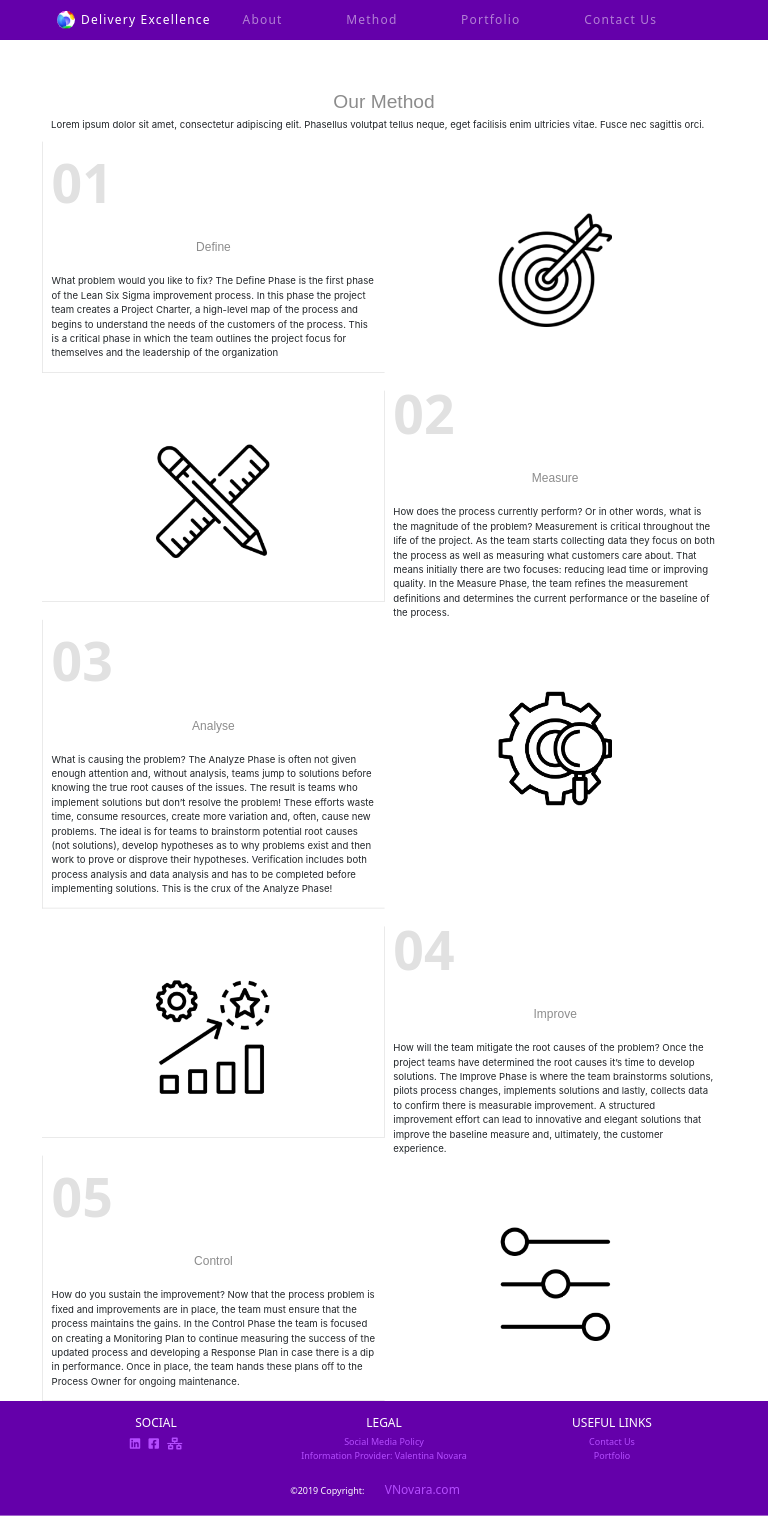
Repository: valenovi76/DeliveryExcellence
Page: method.html
The author's editor kept a record of every edit. The page is drawn from the files as they stood at one moment, then again after the next edit.
The browser window is 1280 px wide. The pictures show the whole page, at 60% of full size.
Some web libraries are served in a nearby version.

Above is the page before.
Console error: ReferenceError: google is not defined

### method.html
<!DOCTYPE html>
<html lang="en">
<head>
    <meta charset="UTF-8">
    <meta name="viewport" content="width=device-width, initial-scale=1.0">
    <meta http-equiv="X-UA-Compatible" content="ie=edge">
    <style>
    @import url('https://fonts.googleapis.com/css?family=Noto+Sans&display=swap');
    </style>
    <link rel="stylesheet" href="https://stackpath.bootstrapcdn.com/bootstrap/4.3.1/css/bootstrap.min.css" integrity="sha384-ggOyR0iXCbMQv3Xipma34MD+dH/1fQ784/j6cY/iJTQUOhcWr7x9JvoRxT2MZw1T" crossorigin="anonymous">
    <link rel="stylesheet" href="https://use.fontawesome.com/releases/v5.9.0/css/all.css">
    <link rel="stylesheet" href="https://cdnjs.cloudflare.com/ajax/libs/hover.css/2.3.1/css/hover-min.css" type="text/css" />
    <link rel="stylesheet" href="assets/css/style.css" type="text/css" />
    <title>Delivery Excellence Home</title>
</head>
<body>

<!-- Bootstrap navbar -->
                <nav class="navbar fixed-top navbar-expand-lg navbar-dark" style="background-color: #6400AA;">
                    <div class="container">
                  <img class="logo" src="assets/images/BTlogo.jpg" width="30" height="30" alt="Bt Logo">
                  <a  class="navbar-brand" href="index.html">Delivery Excellence</a>

                  <button class="navbar-toggler" type="button" data-toggle="collapse" data-target="#navbarSupportedContent" aria-controls="navbarSupportedContent" aria-expanded="false" aria-label="Toggle navigation">
                    <span class="navbar-toggler-icon"></span>
                  </button>
                  <div class="collapse navbar-collapse" id="navbarSupportedContent">
                    <ul class="navbar-nav mr-auto">

                          <li class="nav-item">
                                <a class="nav-link" href="team.html">About</a>
                          </li>
                          <li class="nav-item">
                                <a class="nav-link" href="method.html">Method</a>
                          </li>
                           <li class="nav-item">
                                <a class="nav-link" href="portfolio.html">Portfolio</a>
                          </li>
                          <li class="nav-item">
                                <a class="nav-link" href="contact.html">Contact Us</a>
                          </li>
                    </ul>
                      </div>
                      </div>
                </nav>

        <div class="main-content ">
            <div class="container">
                <div class="row">
                        <div class="col-sm-12">
                            <h2>Our Method</h2>
                            <p>Lorem ipsum dolor sit amet, consectetur adipiscing elit.
                        Phasellus volutpat tellus neque, eget facilisis enim ultricies vitae.
                        Fusce nec sagittis orci. </p>
                        </div>
               </div>
                <div class="row define">
                            <div class="col-sm define-text">
                                <span class="method-item-number">01</span>
                                <h4>Define </h4><br>
                                What problem would you like to fix?
                                The Define Phase is the first phase of the Lean Six Sigma improvement process.
                                In this phase the project team creates a Project Charter,
                                a high-level map of the process and begins to understand the needs of the customers of the process.
                                This is a critical phase in which the team outlines the project focus for themselves and the leadership of the organization
                            </div>
                            <div class="col-sm define-img method-img">
                             <img class="method-img" src="assets/images/target.png" alt="define icon">
                            </div>
                        </div>
                <div class="row meausure">
                            <div class="col-sm meausure-img method-img">
                            <img class="method-img" src="assets/images/graphic-design.png" alt="mesure icon">
                            </div>
                            <div class="col-sm meausure-text">
                                <span class="method-item-number">02</span>
                                <h4>Measure</h4><br>
                                How does the process currently perform?
                                Or in other words, what is the magnitude of the problem?
                                Measurement is critical throughout the life of the project.
                                As the team starts collecting data they focus on both the process as
                                well as measuring what customers care about. That means initially there are
                                two focuses: reducing lead time or improving quality. In the Measure Phase,
                                the team refines the measurement definitions and determines the current performance or the baseline of the process.
                            </div>
                        </div>
                <div class="row analyse">
                            <div class="col-sm analyse-text">
                                <span class="method-item-number">03</span>
                                <h4>Analyse</h4><br>
                             What is causing the problem? The Analyze Phase is often not given enough attention and,
                                without analysis, teams jump to solutions before knowing the true root causes of
                                the issues. The result is teams who implement solutions but don’t resolve the problem!
                                These efforts waste time, consume resources, create more variation and, often, cause new problems.
                                The ideal is for teams to brainstorm potential root causes (not solutions), develop hypotheses as to
                                why problems exist and then work to prove or disprove their hypotheses.
                                Verification includes both process analysis and data analysis and has to be completed before implementing solutions.
                                This is the crux of the Analyze Phase!
                            </div>
                            <div class="col-sm analyse-img method-img">
                                <img class="method-img" src="assets/images/gear.png" alt="analyse icon">
                            </div>
                        </div>
                <div class="row improve">
                            <div class="col-sm improve-img method-img">
                               <img class="method-img" src="assets/images/development.png" alt="development icon">
                            </div>
                            <div class="col-sm improve-text">
                                <span class="method-item-number">04</span>
                                <h4>Improve</h4><br>
                             How will the team mitigate the root causes of the problem?
                                Once the project teams have determined the root causes it’s time to develop solutions.
                                The Improve Phase is where the team brainstorms solutions, pilots process changes, implements solutions and lastly,
                                collects data to confirm there is measurable improvement.
                                A structured improvement effort can lead to innovative and elegant solutions that improve
                                the baseline measure and, ultimately, the customer experience.
                            </div>
                        </div>
                <div class="row control">
                            <div class="col-sm control-text">
                                <span class="method-item-number">05</span>
                                <h4>Control</h4><br>
                                How do you sustain the improvement? Now that the process problem
                                is fixed and improvements are in place, the team must ensure that the process maintains
                                the gains. In the Control Phase the team is focused on creating a Monitoring Plan to continue
                                measuring the success of the updated process and developing a Response Plan in case there is a dip
                                in performance. Once in place, the team hands these plans off to the Process Owner for ongoing maintenance.
                            </div>
                            <div class="col-sm control-img method-img">
                                <img class="method-img" src="assets/images/controls.png" alt="controls icon">
                            </div>
                        </div>
            </div>
        </div>

      <!-- Bootstrap Footer -->
      <footer class="page-footer font-small  pt-4">
         <div class="container text-center text-md-center">
            <div class="row">
               <div class="col-sm">
                  <h5 class="text-uppercase">Social</h5>
                  <ul class="list-unstyled">
                  <li class="unstyled-icons">
                     <a class="social-icon" href="https://www.linkedin.com/company/bt" title="LinkedIn" target="_blank" rel="noopener"><i class="fab fa-linkedin"></i></a>
                  </li>
                  <li class="unstyled-icons">
                     <a class="social-icon" href="https://www.facebook.com/BTUK/"  title="FaceBook" target="_blank" rel="noopener"><i class="fab fa-facebook-square"></i></a>
                  </li>
                  <li class="unstyled-icons">
                     <a class="social-icon" href="https://intra.bt.com/" title="BT Intranet" target="_blank" rel="noopener"><i class="fas fa-network-wired"></i></a>
                  </li>
                  </ul>
               </div>
               <div class="col-sm">
                  <h5 class="text-uppercase">Legal</h5>
                  <ul class="list-unstyled">
                     <li>
                        <a   href="https://intra.bt.com/bt/group/socialmedia/Pages/Social-media-guidelines.aspx">Social Media Policy</a>
                     </li>
                     <li>
                        <a  href="https://myprofile.bt.com/person.aspx">Information Provider: Valentina Novara</a>
                     </li>
                  </ul>
               </div>
               <div class="col-sm">
                  <h5 class="text-uppercase">Useful Links</h5>
                  <ul class="list-unstyled">
                     <li>
                        <a   href="contact.html">Contact Us</a>
                     </li>
                     <li>
                        <a   href="portfolio.html">Portfolio</a>
                  </ul>
               </div>
            </div>
         </div>
            <div class="footer-copyright text-center py-3">©2019 Copyright:
            <a href="https://mdbootstrap.com/education/bootstrap/">VNovara.com</a>
         </div>
      </footer>
<!-- Bootstrap core JavaScript
    ================================================== -->
    <!-- Placed at the end of the document so the pages load faster -->
<script src="https://cdnjs.cloudflare.com/ajax/libs/jquery/3.4.1/jquery.slim.min.js"></script>
<script src="https://cdnjs.cloudflare.com/ajax/libs/popper.js/1.15.0/umd/popper.min.js"></script>
<script src="https://cdnjs.cloudflare.com/ajax/libs/twitter-bootstrap/4.3.1/js/bootstrap.min.js"></script>
<script src="assets/js/scripts.js"></script>

</body>
</html>

### assets/css/style.css
/*--ColorPalette--*/


/*background : #C30D4C fucsia
background : #6400AA purple
background : #E60050 #E60050
background-color : #6400AA
color : #FFFFFF*?

/*--Header/Navbar--*/

.navbar {
  letter-spacing: 2px;
  font-family: "Noto sans", sans-serif;
  font-weight: lighter;
  font-size: 15px;
  color: #fafafa;
  text-align: center;
}

.navbar-brand{
  margin-right:0px;
  font-size: 1rem;
}
.nav-link {
  font-family: "Noto Sans", sans-serif;
  font-weight: 100;
  font-size: 20px;
  color: white;
  text-align: left;
}

.nav-link:hover {
  color: white;
  text-decoration: none;
}

.logo {
  border-radius: 50%;
  margin: 10px;
}

@media (min-width: 992px) {
  .navbar li {
    margin-left: 3em;
    margin-right: 3em;
  }
}

@media (min-width: 375px){
  .navbar-brand{
    font-size:1.25rem;
  }
}

/*--Footer--*/

.page-footer {
  font-family: "Noto sans", sans-serif;
  font-weight: 100;
  font-size: 15px;
  color: #ffffff;
  background-color: #6400AA;
}

.social-icon {
  color: #B54DFF;
  font-size: 20px;
  padding: 5px;
}

.unstyled-icons {
  display: inline-block;
}

.page-footer a {
  color: #B54DFF;
}

.page-footer a:hover {
  text-decoration: none;
  color: #ffffff;
}

.footer-copyright a {
  font-family: "Noto sans", sans-serif;
  font-weight: 100;
  font-size: 20px;
  color: #B54DFF;
  padding: 30px;
}


/*--Text styles--*/
h1 {
    color: white;
    font-family: "Noto Sans", sans-serif;
    font-size: 20px;
    font-weight:400;
    margin-top:100px;
    padding:0 50px;
    text-transform: uppercase;
}


h2 {
  font-family: "Nato sans", sans-serif;
  font-weight: lighter;
  color:#8C8C8C;
  margin-top: 150px;
  text-align:center;
}

h3 {
  font-family: "Nato sans", sans-serif;
  font-weight: lighter;
  color:  #38403B;
  margin-top: 10px;
  text-align:center;
}

h4 {
  font-family: "Nato sans", sans-serif;
  font-size: 20px;
  color: #8C8C8C;
  margin-top: 30px;
  text-align: center;

}

h6 {
  font-family: "Nato sans", sans-serif;
  margin-top: 40px;
  text-align:center;
  font-weight: 600;
  color:  #38403B;
}


/*--Home Page--*/

body {
  background-color:#6400AA;
}

.bckgrnd {
  height:80vh;
  background-image: url("../images/journey2.jpg");
  background-repeat: no-repeat;
  background-size: cover;
  background-position: center center;
}

.overlay {
  background-color: rgba(0,0,0,0.3);
    width: 100%;
    height: 80vh;}


.bckgrnd p{
  color:white;
font-family:"Noto sans", sans-serif;
font-size:11px;
font-weight:400;
margin-bottom:0px;
padding:0 50px;

}

@media(min-width:600px){
  .cover-title{
    font-size: 20px;
    margin-top:100px;}
  .bckgrnd p{
  font-size:11px;
  font-weight:400;
  margin-bottom:0px;
  padding:0 50px;

}
}

/*@media(min-width : 768px){
  .cover-title{
    font-size: 40px;
    margin-top:200px;}
  .bckgrnd p{
    color:white;
    font-family:"Noto sans", sans-serif;
    font-size:11px;
    font-weight:400;
    margin-bottom:0px;
    padding:0 50px;
}*/

.btn-contact {
  margin-top: 20px;
    background-color: #666666;
    margin-bottom: 30px;
    margin-left: 45px;
}

/*--Contact page --*/

.main-content{
  /*background-image: url("");*/
  background-color:white;
}


.contact i {
  text-align: center;
  display: inline-block;
  width: 100%;
  font-size: 3rem;
  margin-top: 50px;
  color: #EEEEEE;
}

.phone{text-align: center;}

.ph-num {
  font-family: "Noto-sans", sans-serif;
  font-size: 20px;
  font-weight: lighter;
  color: #333333;

}


.ph-num hover {
  color: #C30D4C;
  text-decoration: none;
}

address {
  font-family: "Noto-sans", sans-serif;
  font-size: 20px;
  font-weight: lighter;
  color: #333333;
  text-align: center;
}


/*--Contact form--*/


.cont-form {
  flex-grow: 0;
  padding-top: 20px;
  padding-left:5px;
  padding-right:5px;
  text-align: center;
}

.cont-form input {
  font-family: "Noto sans", sans-serif;
  text-transform: uppercase;
  text-align:center;
  width: 100%;
  padding: 6px;
  margin-bottom: 5px;
  border: 1px solid black;
}

#message-area {
  height: 100px;
}

.btn {
  margin-top: 20px;
  background-color: #666666;
  margin-bottom: 30px;
}

.btn-primary {
    border-color: #666666;
}

.btn-primary:hover {
  background-color: #6400AA;
}



input:hover {
  background: #EEEEEE;
  color: #333333;
}


input:valid {
  border: 1px solid black;
}
.gmap {
  margin-top: 20px;
}


/*--The team--*/

.team-page {
  text-align: center;
}

.team-member-shot {
  height: 146px;
  width: 146px;
  margin-top: 40px;
  border-radius: 50%;
  margin-left: auto;
  margin-right: auto;
  display: block;
}

#shot{
  position:absolute;
  width:100%;
  height:100%;
  margin:0px;
}
.team-member-name {
  text-align: center;
  display: block;
  width: 100%;
  padding-bottom: 30px;

}

.team-p {
  text-align: center;
  color:black;
  font-weight: 300;
  font-family: "Roboto", sans-serif;
  margin-left: 10px;
  margin-right:10px;
}

.bio {
  height: 300px;
}

.pie-title {
  display: block;
  text-align: center;
}


/*--Method--*/

.define-text {
  border: 1px solid;
  border-color: #DDDDDD;
  border-top: none;
  border-right: none;
  padding-bottom: 20px;
}

.meausure-img {
  border: 1px solid;
  border-color: #DDDDDD;
  border-top: none;
  border-left: none;

}

.analyse-text {
  border: 1px solid;
  border-color: #DDDDDD;
  border-top: none;
  border-right: none;
  padding-bottom: 20px;
}

.improve-img {
  border: 1px solid;
  border-color: #DDDDDD;
  border-top: none;
  border-left: none;

}

.control-text {
  border: 1px solid;
  border-color: #DDDDDD;
  border-top: none;
  border-right: none;
  padding-bottom: 20px;
}

.method-item-number {
  font-size: 5.584rem;
  color: #e1e1e1;
  left: 0;
  top: 0;
  -webkit-transform: translate(-127%, -21%);
  -ms-transform: translate(-127%, -21%);
  transform: translate(-127%, -21%);
  font-family: Noto Sans, sans-serif;
  font-weight: 800;
  background-color: #fff;
}

.method-img {
    display: block;
    margin: 30px auto 30px auto;
    width: 35%;
    padding-top: 30px;
}


/*--Portfolio--*/





.right-text{
  padding-left:30px;
}
.year {
    text-align: center;
    padding-right: 10px;
    margin-top: 40px;
    margin-bottom: 20px;
}

@media (min-width:420px) {
  .left-text {
  border: 3px solid;
  border-color: #EEEEEE;
  border-left: none;
  border-top: none;
  border-bottom: none;}
  .left-text:before {
   content: "";
  width: 30px;
  height: 30px;
  background-image: url("../images/purplegear.png");
  background-size: contain;
  background-color: white;
  position: absolute;
  right: -17px;
  top: 0;
}
}

### assets/js/scripts.js
      // Load Charts and the corechart package.
      google.charts.load('current', {'packages':['corechart']});

      // Draw the pie chart for Michelle's pizza when Charts is loaded.
      google.charts.setOnLoadCallback(drawMichelleChart);

      // Draw the pie chart for the Karen's pizza when Charts is loaded.
      google.charts.setOnLoadCallback(drawKarenChart);

      // Draw the pie chart for the Vale's pizza when Charts is loaded.
      google.charts.setOnLoadCallback(drawValeChart);

      // Callback that draws the pie chart for Michelle's pizza.
      function drawMichelleChart() {

        // Create the data table for Michelle's pizza.
        var data = new google.visualization.DataTable();
        data.addColumn('string', 'Skills');
        data.addColumn('number', '%');
        data.addRows([
          ['Project Management', 5],
          ['Six ∑', 4],
          ['Lean Pract.', 2],
          ['CI Coaching', 5],
        ]);

        // Set options for Michelle's pie chart.
        var options = {legend:'left',
                       colors: ['#6300AA', '#B54DFF', '#9500FF', '#5A2680', '#7700CC'],
                       fontSize:11,
                       pieSliceText:'percentage',
                       sliceVisibilityThreshold:1/720,

        };

        // Instantiate and draw the chart for Michelle's pizza.
        var chart = new google.visualization.PieChart(document.getElementById('Michelle_chart_div'));
        chart.draw(data, options);
      }

      // Callback that draws the pie chart for Karen's pizza.
      function drawKarenChart() {

        // Create the data table for Karen's pizza.
        var data = new google.visualization.DataTable();
        data.addColumn('string', 'Skills');
        data.addColumn('number', '%');
        data.addRows([
          ['Project Management', 3],
          ['Six ∑', 4],
          ['CI Coaching', 4],
          ['Data Analytics', 3]
        ]);

        // Set options for Karen's pie chart.
        var options = {
          legend:'left',
          colors: ['#6300AA', '#B54DFF','#9500FF'],
          fontSize:11,
        };

        // Instantiate and draw the chart for Karen's pizza.
        var chart = new google.visualization.PieChart(document.getElementById('Karen_chart_div'));
        chart.draw(data, options);

      }

        // Callback that draws the pie chart for Vale's pizza.
      function drawValeChart() {

        // Create the data table for Vale's pizza.
        var data = new google.visualization.DataTable();
        data.addColumn('string', 'Skills');
        data.addColumn('number', '%');
        data.addRows([
          ['SQL', 2],
          ['HTML', 2],
          ['CSS', 2],
          ['Six ∑', 0],
          ['Vba', 3]
        ]);

        // Set options for Vale's pie chart.
        var options = {
          legend:'left',
          colors: ['#6300AA', '#B54DFF', '#9500FF', '#5A2680', '#7700CC'],
          fontSize:11,
        };

        // Instantiate and draw the chart for Vale's pizza.
        var chart = new google.visualization.PieChart(document.getElementById('Vale_chart_div'));
        chart.draw(data, options);
      }

After the next edit:
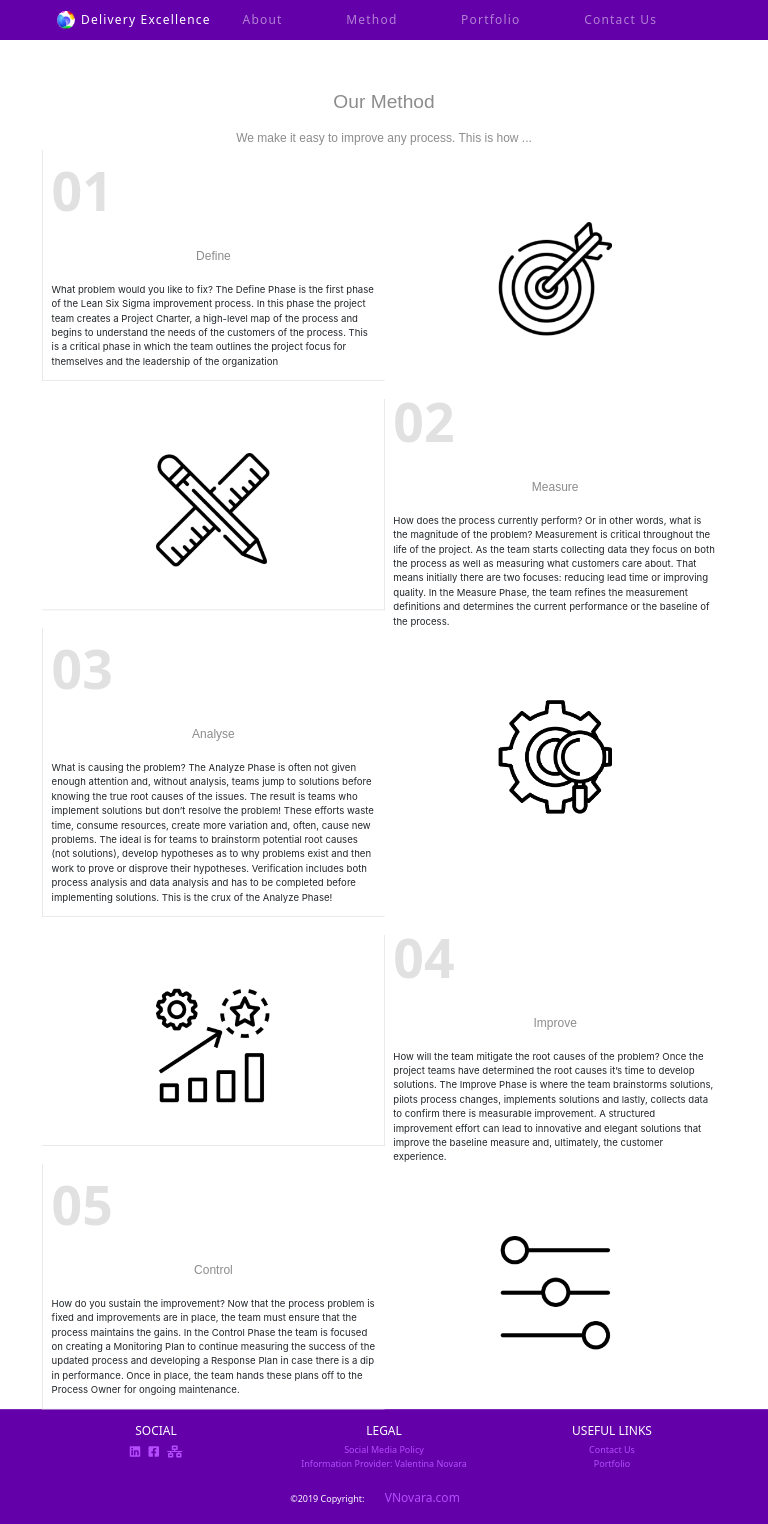
The edit:
--- a/method.html
+++ b/method.html
@@ -49,9 +49,7 @@
                 <div class="row">
                         <div class="col-sm-12">
                             <h2>Our Method</h2>
-                            <p>Lorem ipsum dolor sit amet, consectetur adipiscing elit.
-                        Phasellus volutpat tellus neque, eget facilisis enim ultricies vitae.
-                        Fusce nec sagittis orci. </p>
+                            <h4>We make it easy to improve any process. This is how ... </h4>
                         </div>
                </div>
                 <div class="row define">
